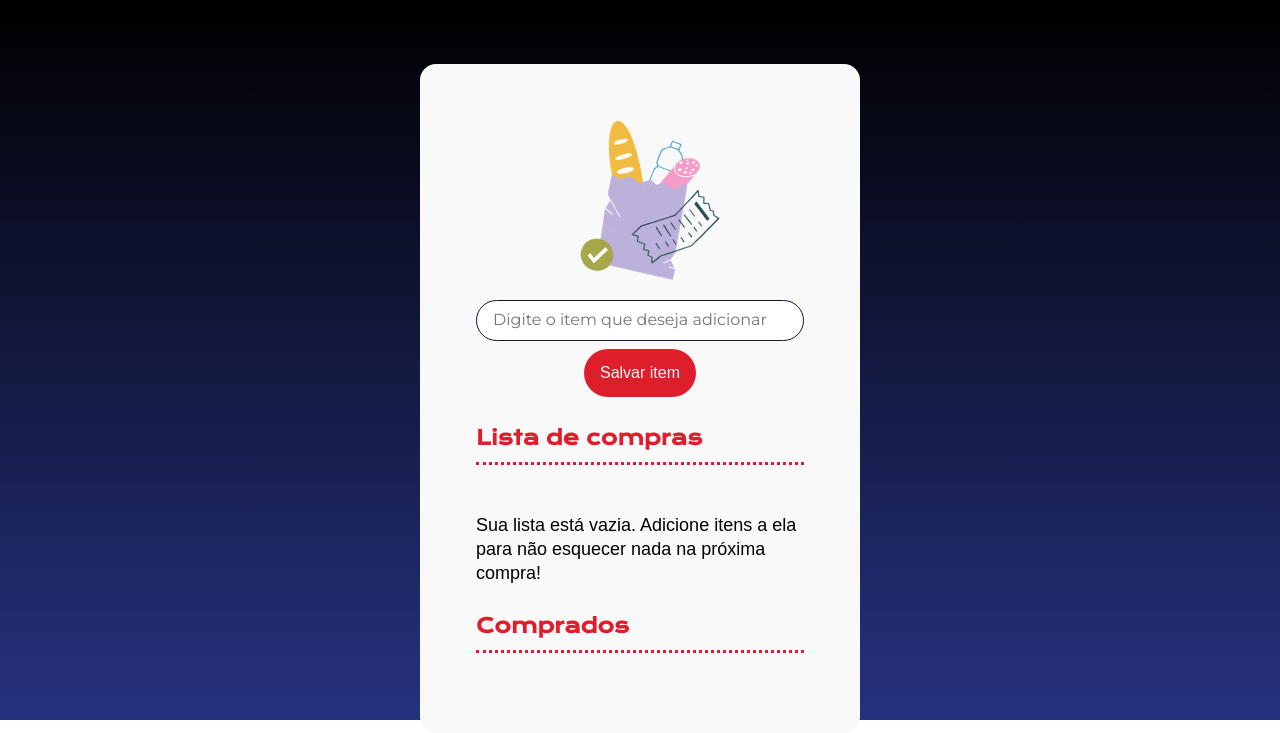
Repository: joaoPraiaJunior/compras_js
Page: index.html
These files come from the project's save history. The page is drawn as it stood at one moment and after the next save; the edit follows.
The browser window is 1280 px wide. The pictures show the whole page.
Some web fonts or font styles are not loaded; a fallback is used.

Above is the page before, as saved 2024-08-23 17:12:49.

### index.html
<!DOCTYPE html>
<html lang="pt-BR" dir="ltr">

<head>
    <meta charset="UTF-8">
    <meta name="viewport" content="width=device-width, initial-scale=1.0">
    <meta name="description" content="Lista de compras">
    <title>Lista de Compras</title>
    <link rel="preconnect" href="https://fonts.googleapis.com">
    <link rel="preconnect" href="https://fonts.gstatic.com" crossorigin>
    <link href="https://fonts.googleapis.com/css2?family=Krona+One&family=Montserrat&family=Numans&display=swap" rel="stylesheet">
    <link rel="stylesheet" href="./css/styles.css">
</head>

<body>
    <header>
        <img src="./img/bag.png" alt="sacola de compras">
    </header>
    <main>
        <form class="compras" data-js="form-compras">
            <input class="compras__campo" type="text" name="compra" placeholder="Digite o item que deseja adicionar" data-js="input-do-item" required>
            <button type="submit" class="compras__botao" data-js="botao-adicionar-item">Salvar item</button>
        </form>
        <h1>Lista de compras</h1>
        <hr>

        <ul class="lista" data-js="lista-de-compras">

        </ul>

        <p>Sua lista está vazia. Adicione itens a ela para não esquecer nada na próxima compra!</p>

        <h2>Comprados</h2>
        <hr>

        <ul class="comprados" data-js="itens-comprados">

        </ul>
    </main>
    <script type="module" src="./js/scripts.js"></script>
</body>

</html>

### css/styles.css
* {
    box-sizing: border-box;
    margin: 0;
    padding: 0;
}

html {
    font-size: 62.5%;
}

:root {
    --cor-primaria: #df1e2b;
    --cor-secundaria: #C2373F;
    --neutro: #F9F9F9;
    --preto: #131730;
    --fonte-titulo: "Krona One", sans-serif;
    --fonte-texto: 'Numans', sans-serif;
    --degrade-azul: linear-gradient(180deg, #000000 0%, #26327F 100%);
}

body {
    display: flex;
    flex-direction: column;
    align-items: center;
    background: var(--degrade-azul);
    background-repeat: no-repeat;
    font-size: 1.6rem;
    height: 100vh;
}

header {
    text-align: center;
    margin-top: 6.4rem;
    background-color: var(--neutro);
    border-radius: 1.6rem 1.6rem 0 0;
    padding: 5.6rem 5.6rem 1.6rem 5.6rem;
    width: 44.0rem;

}

main {
    display: flex;
    flex-direction: column;
    align-items: center;
    gap: 2.4rem;
    background-color: var(--neutro);
    border-radius: 0 0 1.6rem 1.6rem;
    padding: 0 5.6rem 5.6rem 5.6rem;
    width: 44.0rem;
}

h1, h2 {
    align-self: flex-start;
    font-family: var(--fonte-titulo);
    font-size: 2.0rem;
    color: var(--cor-primaria);
    line-height: 3.3rem;
}

hr {
    border: none;
    border-bottom: .3rem dotted var(--cor-primaria);
    margin-bottom: 2.4rem;
    width: 100%;
}

hr:empty {
    margin-top: calc(1.6rem * -1);
    margin-bottom: 0;
}

p, label {
    font-family: var(--fonte-texto);
    font-size: 1.8rem;
    font-weight: 400;
    text-align: left;
    line-height: 2.4rem;
}


.compras {
    display: flex;
    flex-direction: column;
    gap: .8rem;
    width: 100%;
}

.compras__campo {
    border: .1rem solid var(--preto);
    border-radius: 2.4rem;
    padding: 1.2rem 1.6rem;
}

.compras__campo::placeholder {
    font-family: "Montserrat", sans-serif;
    font-size: 1.6rem;
    line-height: 1.9rem;
}

.compras__botao {
    align-self: center;
    font-family: var(--fonte-texto);
    font-size: 1.6rem;
    line-height: 2.4rem;
    color: var(--neutro);
    background-color: var(--cor-primaria);
    border: none;
    border-radius: 2.4rem;
    padding: 1.2rem 1.6rem;
    cursor: pointer;
}

.lista, .comprados {
    list-style: none;
    width: 100%;
}

.lista__item {
    margin-bottom: 1.0rem;
}

.lista__item:last-child {
    margin-bottom: 0;
}

.lista__item--comprado {
    text-decoration: line-through;
}

.lista__container {
    display: flex;
    align-items: center;
    justify-content: space-between;
}

.lista__compra {
    display: flex;
    align-items: center;
}

.lista__etiqueta {
    cursor: pointer;
}

.lista__data {
    font-size: 1.2rem;
    line-height: 2.0rem;
}

.checkbox {
    display: flex;
    align-items: center;
    flex-direction: row-reverse;
    cursor: pointer;
}
.checkbox__input {
    opacity: 0;
    width: 0;
    height: 0;
}

.checkbox__customizado {
    background-color: var(--neutro);
    margin-right: .8rem;
    border: .1rem solid var(--preto);
    border-radius: .4rem;
    width: 2.0rem;
    height: 2.0rem;
    cursor: pointer
}

.checkbox__customizado--checked {
    position: relative;
    background-color: var(--preto);
}

.checkbox__customizado--checked::before {
    content: "";
    position: absolute;
    top: -10%;
    left: 30%;
    width: .5rem;
    height: 1.4rem;
    border-top: .2rem solid var(--neutro);
    border-left: .2rem solid var(--neutro);
    transform: rotate(-140deg);
}

.botao {
    display: flex;
    gap: 1.0rem;
}

.botao__excluir, .botao__editar {
    background-color: transparent;
    border: none;
    cursor: pointer;
}

### js/scripts.js
import adicionarItemDeCompra from './modulos/adicionarItemDeCompra.js';

const elementos = {
    formCompras: '[data-js="form-compras"]',
}

const formCompras = document.querySelector(elementos.formCompras);


formCompras.addEventListener('submit', adicionarItemDeCompra);

### js/modulos/adicionarItemDeCompra.js
import criarItemDaLista from './criarItemDaLista.js';

let contadorDeItens = 0;

function adicionarItemDeCompra(evento) {

    const elementos = {
        inputDoItem: '[data-js="input-do-item"]',
        listaDeCompras: '[data-js="lista-de-compras"]',
    }

    const inputDoItem = document.querySelector(elementos.inputDoItem);
    const listaDeCompras = document.querySelector(elementos.listaDeCompras);

    evento.preventDefault();
    const itemDeCompra = inputDoItem.value;
    inputDoItem.value = '';
    contadorDeItens++;
    listaDeCompras.appendChild(criarItemDaLista(itemDeCompra, contadorDeItens));
}

export default adicionarItemDeCompra;

### js/modulos/criarItemDaLista.js
import checkboxMarcado from "./checkboxMarcado.js";
import dataHora from "./dataHora.js";
import textoCapitalizado from "./textoCapitalizado.js";

function criarItemDaLista(itemDeCompra, contadorDeItens) {
    const liDaLista = document.createElement('li');
    const divContainer = document.createElement('div');
    const divListaDeCompras = document.createElement('div');
    const labelDoCheckbox = document.createElement('label');
    const inputCheckbox = document.createElement('input');
    const checkBoxCustomizado = document.createElement('span');
    const divBotao = document.createElement('div');
    const botaoExcluir = document.createElement('button');
    const botaoEditar = document.createElement('button');
    const iconeExcluir = document.createElement('img');
    const iconeEditar = document.createElement('img');
    const paragrafoData = document.createElement('p');
    const data = document.createElement('time');
    const horas = document.createElement('time');

    liDaLista.classList.add('lista__item');
    divContainer.classList.add('lista__container');
    divListaDeCompras.classList.add('lista__compra');
    labelDoCheckbox.classList.add('checkbox');
    inputCheckbox.classList.add('checkbox__input');
    checkBoxCustomizado.classList.add('checkbox__customizado');
    checkBoxCustomizado.dataset.js = 'checkbox-customizado';
    divBotao.classList.add('botao');
    botaoExcluir.classList.add('botao__excluir');
    botaoEditar.classList.add('botao__editar');
    paragrafoData.classList.add('lista__data');

    labelDoCheckbox.setAttribute('for', `item-${contadorDeItens}`);
    labelDoCheckbox.dataset.js = 'label-do-checkbox';
    inputCheckbox.setAttribute('type', 'checkbox');
    inputCheckbox.dataset.js = 'input-do-checkbox';
    inputCheckbox.setAttribute('id', `item-${contadorDeItens}`);
    iconeExcluir.setAttribute('src', './img/delete.svg');
    iconeExcluir.setAttribute('alt', 'Botão de excluir item da lista de compras');
    iconeEditar.setAttribute('src', './img/edit.svg');
    iconeEditar.setAttribute('alt', 'Botão de editar item da lista de compras');

    liDaLista.appendChild(divContainer);
    divContainer.appendChild(divListaDeCompras);
    divListaDeCompras.appendChild(labelDoCheckbox);
    labelDoCheckbox.textContent = `${textoCapitalizado(itemDeCompra)}`;
    labelDoCheckbox.appendChild(inputCheckbox);
    labelDoCheckbox.appendChild(checkBoxCustomizado);
    divContainer.appendChild(divBotao);
    divBotao.appendChild(botaoExcluir);
    divBotao.appendChild(botaoEditar);
    botaoExcluir.appendChild(iconeExcluir);
    botaoEditar.appendChild(iconeEditar);
    liDaLista.appendChild(dataHora(paragrafoData, data, horas));

    checkboxMarcado(labelDoCheckbox, liDaLista);

    return liDaLista;
}

export default criarItemDaLista;

### js/modulos/checkboxMarcado.js
import alteracaoVisualDoCheckbox from "./alteracaoVisualDocheckBox.js";
import inserirItensComprados from "./inserirItensComprados.js";

function checkboxMarcado(labelDoCheckbox, liDaLista) {

    const elementos = {
        inputDoCheckbox: '[data-js="input-do-checkbox"]',
        checkBoxCustomizado: '[data-js="checkbox-customizado"]',
    }

    labelDoCheckbox.addEventListener('click', function (evento) {
        const checkboxAlvo = evento.currentTarget.querySelector(elementos.inputDoCheckbox);
        const checkboxcustomizadoAlvo = evento.currentTarget.querySelector(elementos.checkBoxCustomizado);

        alteracaoVisualDoCheckbox(checkboxAlvo, checkboxcustomizadoAlvo);
        inserirItensComprados(checkboxAlvo, liDaLista);
    });
}

export default checkboxMarcado;

### js/modulos/dataHora.js
function dataHora(paragrafoData, data, horas) {
    data.textContent =  `${new Date().toLocaleDateString()}`;
    data.setAttribute('datetime', `${new Date().toLocaleDateString("en-CA", {year: 'numeric', month: '2-digit', day: '2-digit'})}`);
    horas.textContent = `${new Date().toLocaleTimeString("pt-BR", { hour: "numeric", minute: "numeric" })}`;
    paragrafoData.textContent = `${new Date().toLocaleDateString("pt-BR", { weekday: "long" }).charAt(0).toUpperCase() + new Date().toLocaleDateString("pt-BR", { weekday: "long" }).slice(1)} `;
    paragrafoData.appendChild(data);
    paragrafoData.textContent += ' às ';
    paragrafoData.appendChild(horas);

    return paragrafoData;
}

export default dataHora;

### js/modulos/textoCapitalizado.js
function textoCapitalizado(itemDeCompra) {
    const palavras = itemDeCompra.split(' ');

    const palavrasCapitalizadas = palavras.map(function (palavra) {
        return palavra.charAt(0).toUpperCase() + palavra.slice(1).toLowerCase();
    });

    return palavrasCapitalizadas.join(' ');
}

export default textoCapitalizado;

### js/modulos/alteracaoVisualDocheckBox.js
function alteracaoVisualDoCheckbox(checkboxAlvo, checkboxCustomizadoAlvo) {
    if (checkboxAlvo.checked) {
        checkboxCustomizadoAlvo.classList.add('checkbox__customizado--checked');
    } else {
        checkboxCustomizadoAlvo.classList.remove('checkbox__customizado--checked');
    }
}

export default alteracaoVisualDoCheckbox;

### js/modulos/inserirItensComprados.js
function inserirItensComprados(checkboxAlvo, liDaLista) {

    const elementos = {
        listaDeCompras: '[data-js="lista-de-compras"]',
        itensComprados: '[data-js="itens-comprados"]',
    }

    const itensComprados = document.querySelector(elementos.itensComprados);
    const listaDeCompras = document.querySelector(elementos.listaDeCompras);

    if (checkboxAlvo.checked) {
        itensComprados.appendChild(liDaLista);
        liDaLista.classList.add('lista__item--comprado');
    } else {
        listaDeCompras.appendChild(liDaLista);
        liDaLista.classList.remove('lista__item--comprado');
    }
}

export default inserirItensComprados;

After the next save:
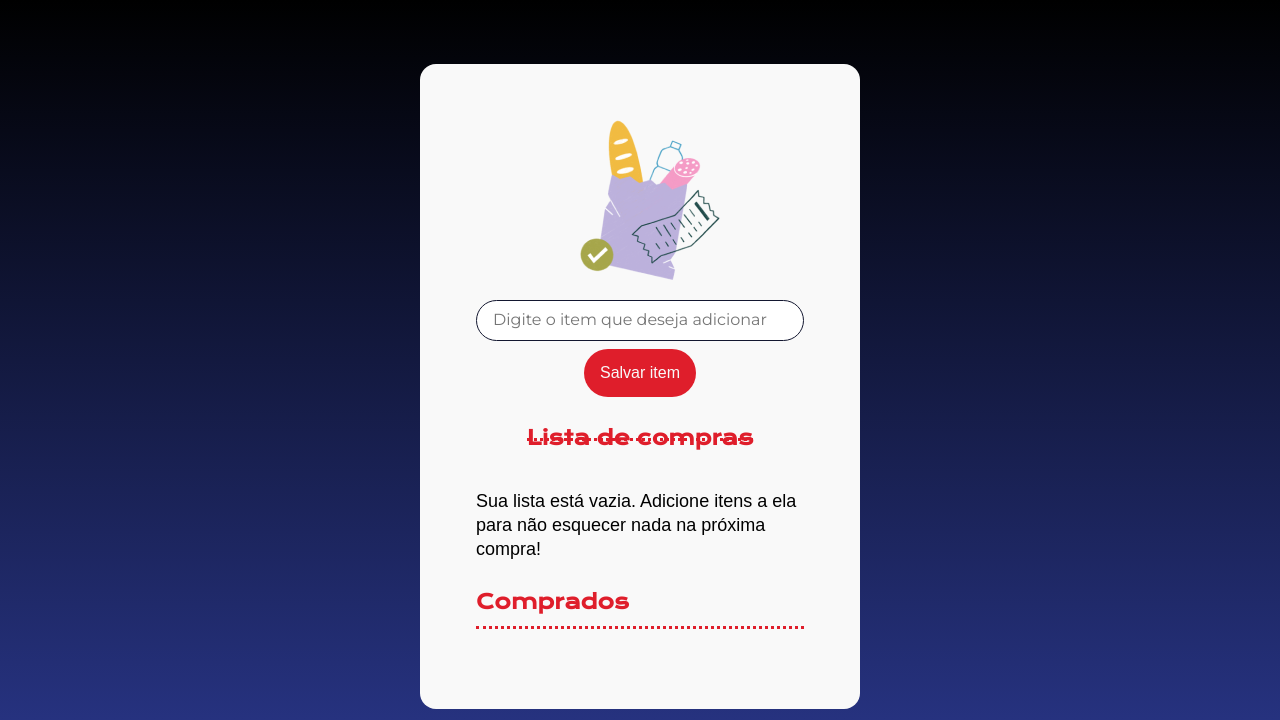
Saved 3 min 16 s later.
--- a/index.html
+++ b/index.html
@@ -21,8 +21,11 @@
             <input class="compras__campo" type="text" name="compra" placeholder="Digite o item que deseja adicionar" data-js="input-do-item" required>
             <button type="submit" class="compras__botao" data-js="botao-adicionar-item">Salvar item</button>
         </form>
-        <h1>Lista de compras</h1>
-        <hr>
+        <div>
+            <h1>Lista de compras</h1>
+            <hr>
+
+        </div>
 
         <ul class="lista" data-js="lista-de-compras">
 

After the save that followed:
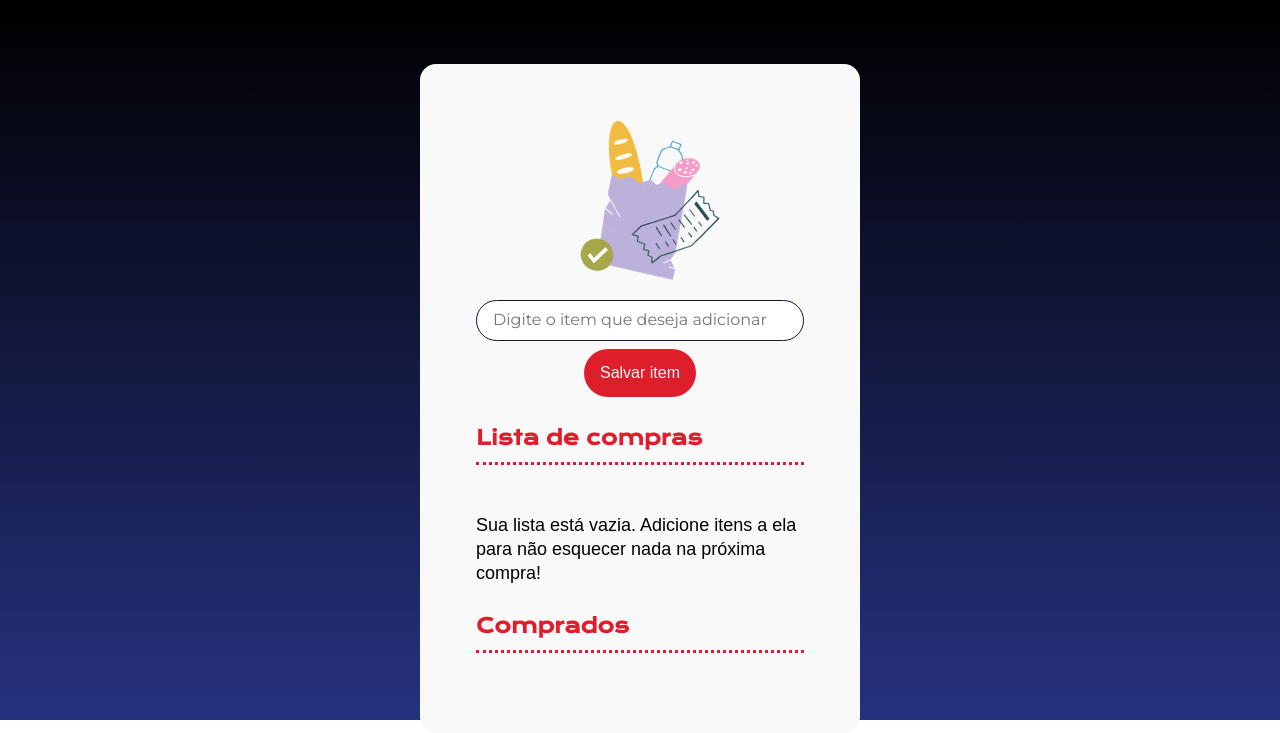
Saved 15 s later.
--- a/index.html
+++ b/index.html
@@ -21,11 +21,8 @@
             <input class="compras__campo" type="text" name="compra" placeholder="Digite o item que deseja adicionar" data-js="input-do-item" required>
             <button type="submit" class="compras__botao" data-js="botao-adicionar-item">Salvar item</button>
         </form>
-        <div>
-            <h1>Lista de compras</h1>
-            <hr>
-
-        </div>
+        <h1>Lista de compras</h1>
+        <hr>
 
         <ul class="lista" data-js="lista-de-compras">
 
